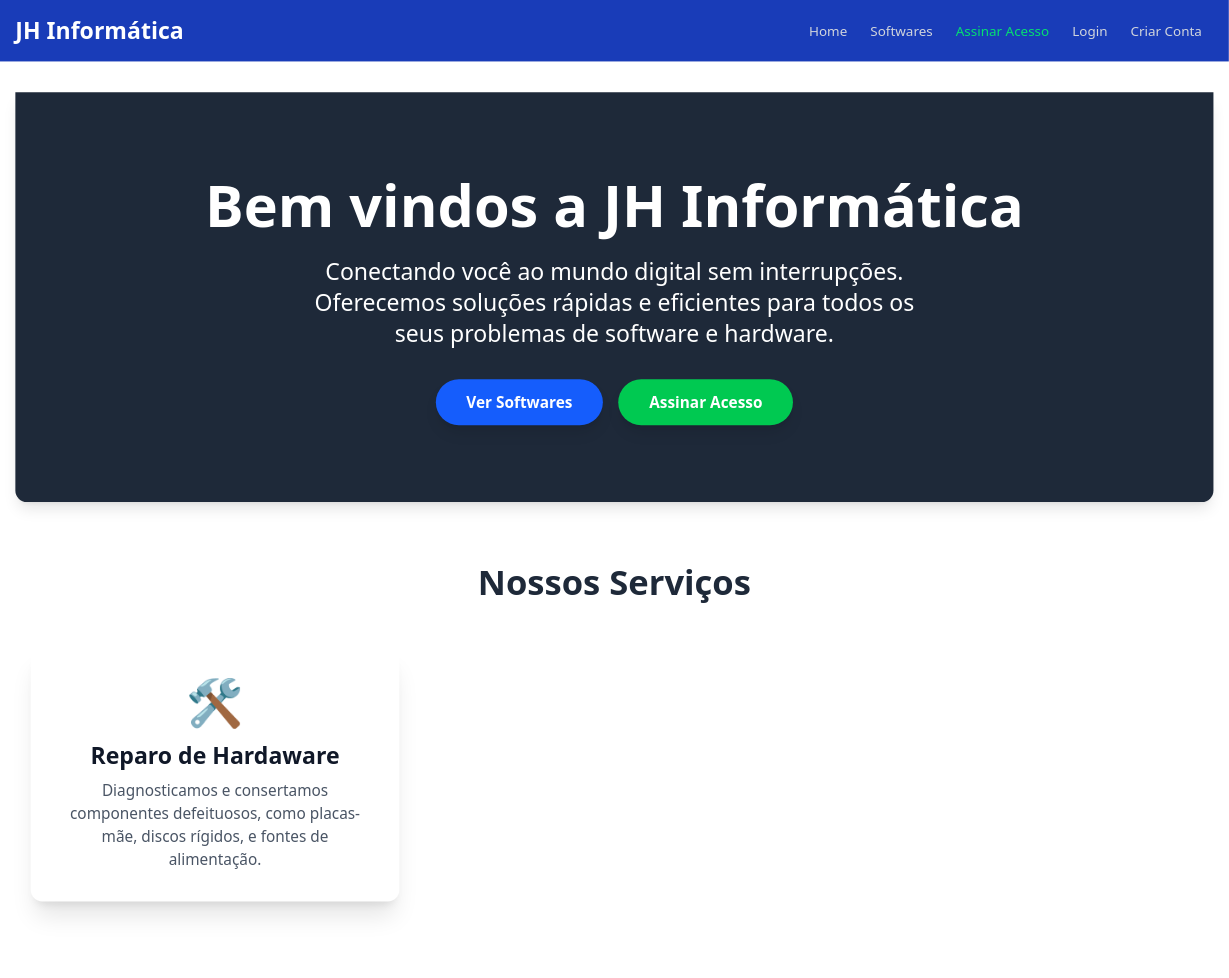
Repository: estevam02009/jh-info
Page: / (app in frontend/)
These files come from the project's save history. The page is drawn as it stood at one moment and after the next save; the edit follows.
The browser window is 1280 px wide. The pictures show the whole page, at 96% of full size.
The project was rebuilt for these pictures with package versions that can differ from the ones it lists, and the page was loaded fresh each time. Also part of the build but not shown: frontend/src/pages/Login.jsx, frontend/src/pages/Register.jsx, frontend/src/pages/Dashboard.jsx, frontend/src/components/ProtectedRoute.jsx, frontend/src/pages/SoftwareList.jsx, frontend/src/pages/SoftwareDetails.jsx, frontend/src/pages/SoftwareManagement.jsx, frontend/src/pages/PaymentPage.jsx and 1 more.

Above is the page before, as saved 2025-07-13 11:25:32.

After the next save:
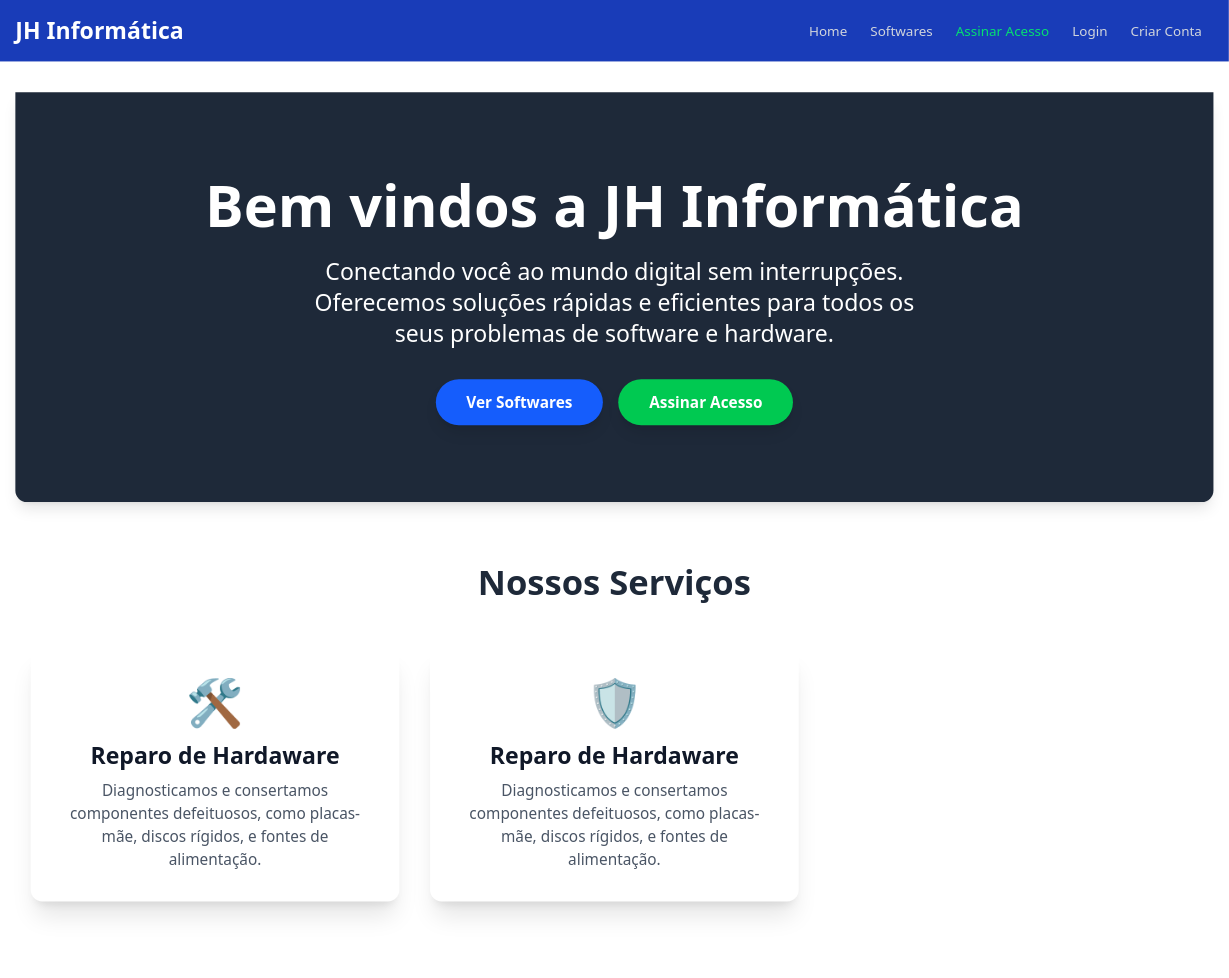
Saved 56 s later.
--- a/frontend/src/pages/Home.jsx
+++ b/frontend/src/pages/Home.jsx
@@ -42,6 +42,15 @@ const Home = () => {
                             Diagnosticamos e consertamos componentes defeituosos, como placas-mãe, discos rígidos, e fontes de alimentação.
                         </p>
                     </div>
+
+                    {/* Card de Serviços */}
+                    <div className='bg-white rounded-xl shadow-xl p-8 text-center transition-transform transform hover:scale-106 duration-300'>
+                        <div className='text-5xl text-blue-600 mb-4'>🛡️</div>
+                        <h3 className='text-2xl font-semibold text-gray-900 mb-2'>Reparo de Hardaware</h3>
+                        <p className='text-gray-600'>
+                            Diagnosticamos e consertamos componentes defeituosos, como placas-mãe, discos rígidos, e fontes de alimentação.
+                        </p>
+                    </div>
                 </div>
             </div>
         </div>
